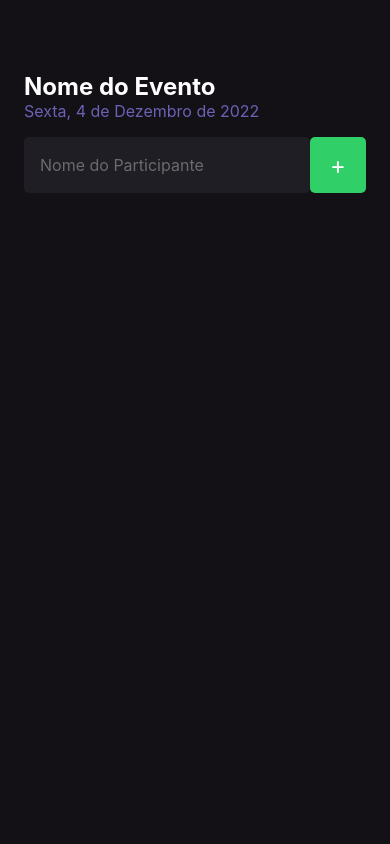
Repository: guilhermecardoso93/reactNative-ignite-imhere
Screen: /
These files come from the project's save history. The screen is drawn as it stood at one moment and after a run of saves; the edit follows.
The app was drawn by React Native's web renderer in a window 390 px wide. The project was rebuilt for these pictures with package versions that can differ from the ones it lists, and the page was loaded fresh each time.

Above is the screen before, as saved 2022-10-02 19:55:33.

### App.tsx
import { Text, View, StyleSheet } from "react-native";
import Home from "./src/screens/Home";

export default function App() {
  return (
    <>
      <Home/>
    </>
  );
}

### src/screens/Home/index.tsx
import { Text, View, TextInput, TouchableOpacity } from "react-native";

import { styles } from "./styles";

export default function Home() {
  function handleAddPArticipant() {
    console.log("ADD part");
  }

  return (
    <View style={styles.container}>
      <Text style={styles.eventName}>Nome do Evento</Text>
      <Text style={styles.eventDate}>Sexta, 4 de Dezembro de 2022</Text>
      <View style={styles.form}>
        <TextInput
          style={styles.eventInput}
          placeholder="Nome do Participante"
          placeholderTextColor="#6b6b6b"
        />
        <TouchableOpacity style={styles.button} onPress={handleAddPArticipant}>
          <Text style={styles.buttonText}>+</Text>
        </TouchableOpacity>
      </View>
    </View>
  );
}

### src/screens/Home/styles.ts
import { StyleSheet } from "react-native";

export const styles = StyleSheet.create({
  container: {
    flex: 1,
    padding: 24,
    backgroundColor: "#131016",
  },
  eventName: {
    color: "#fff",
    fontSize: 24,
    fontWeight: "bold",
    marginTop: 48,
  },
  eventDate: {
    color: "#6b62b6",
    fontSize: 16,
  },

  eventInput: {
    backgroundColor: "#1f1e25",
    color: "#FFF",
    height: 56,
    flex: 1,
    borderRadius: 5,
    padding: 16,
    fontSize: 16,
  },

  button: {
    width: 56,
    height: 56,
    borderRadius: 5,
    backgroundColor: "#31cf67",
    alignItems: "center",
    justifyContent: "center",
  },
  buttonText: {
    color: "#FFF",
    fontSize: 24,
  },
  form: {
    width: "100%",
    flexDirection: "row",
    marginTop: 16
  },
});

After the next 2 saves:
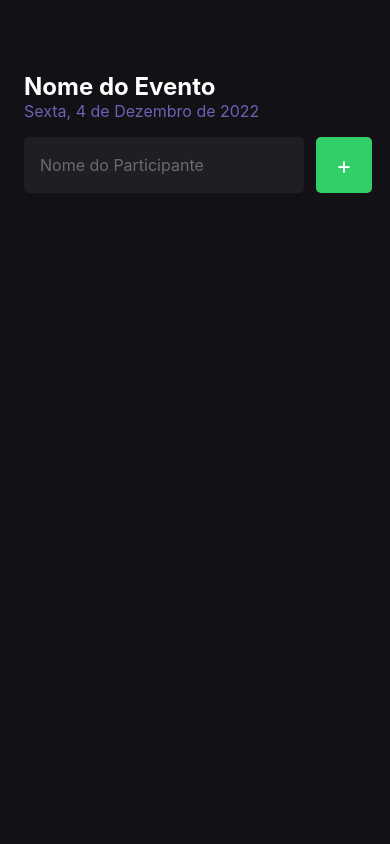
The 2 saves are shown as one change because they came seconds apart.
The last was saved 46 s later.
--- a/src/screens/Home/styles.ts
+++ b/src/screens/Home/styles.ts
@@ -25,6 +25,7 @@ export const styles = StyleSheet.create({
     borderRadius: 5,
     padding: 16,
     fontSize: 16,
+    marginRight: 12,
   },
 
   button: {
